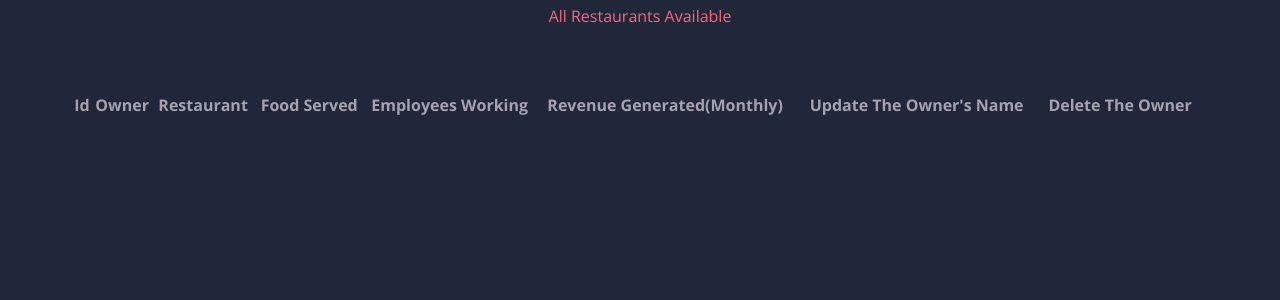
Repository: Kartik-DEV31/CTS-Training-NOVDEC-2020-Project
Page: http://localhost/RestaurantChainManagmentApplication/WEB-INF/jspPages/allRestaurantsData.jsp
An editor plug-in stored every save of this project. The page is shown before and after the next save, followed by the edit.
The browser window is 1280 px wide. The pictures show the whole page.
The page is served by Tomcat 9. Nobody is signed in. Other server files are loaded and not shown. The template is opened directly, without the code that normally fills it, so the values that code supplies are empty.

Above is the page before, as saved 2020-12-17 08:11:03.

### CTS-NOV2020-TrainingProject/RestaurantChainManagmentApplication/src/main/webapp/WEB-INF/jspPages/allRestaurantsData.jsp
<%@ page language="java" contentType="text/html; charset=ISO-8859-1"
	pageEncoding="ISO-8859-1"%>
<%@ taglib uri="http://java.sun.com/jsp/jstl/core" prefix="c"%>

<link href="<c:url value="/css/style.css" />" rel="stylesheet">

<html>
<body>
<form  id="homepage" action="/managmentApplication/">
  <button class="homeButton" type="submit" >Home</button>
</form>
	<h2>All Restaurants Available</h2>

	<table class="container">
		<thead>
			<tr>
				<th>Id</th>
				<th>Owner</th>
				<th>Restaurant</th>
				<th>Food Served</th>
				<th>Employees Working</th>
				<th>Revenue Generated(Monthly)</th>
				<th>Update The Owner's Name</th>
				<th>Delete The Owner</th>
			</tr>
		</thead>
		<tbody>
			<tr>
				<c:forEach var="data" items="${data}" varStatus="status">
					<tr>
						<td>${data.id}</td>
						<td>${data.restaurantOwner}</td>
						<td><c:forEach var="data2"
								items="${data.specificRestaurantDetails}" varStatus="status">

						${data2.restaurantName}<br>
								<br>

							</c:forEach></td>


						<td><c:forEach var="data2"
								items="${data.specificRestaurantDetails}" varStatus="status">

						${data2.restaurantType}<br>
								<br>

							</c:forEach></td>

						<td><c:forEach var="data2"
								items="${data.specificRestaurantDetails}" varStatus="status">

						${data2.employeeCount}<br>
								<br>

							</c:forEach></td>


						<td><c:forEach var="data2"
								items="${data.specificRestaurantDetails}" varStatus="status">

						${data2.revenue}<br>
								<br>

							</c:forEach></td>

						<td>
							<form action="updateOwnerName" method="post">
								<input type="text" name="ownerName"
									placeholder="Enter New Owner Name..." /> <input type="hidden"
									name="oldOwnerName" value="${data.restaurantOwner}" /> <input
									type="hidden" name="id" value="${data.id}" /> <input
									type="submit" value="Update" />

							</form>
						</td>

						<td>
							<form action="deleteOwner" method="post">
								<input type="submit" name="delete_user" value="Delete" /> <input
									type="hidden" name="user" value="${data.id}" />
							</form>
						</td>



					</tr>
				</c:forEach>





			</tr>
		</tbody>
	</table>
</body>
</html>

### CTS-NOV2020-TrainingProject/RestaurantChainManagmentApplication/src/main/resources/static/css/style.css
@charset "ISO-8859-1";

@import url(https://fonts.googleapis.com/css?family=Open+Sans:300,400,700);

body {
  font-family: 'Open Sans', sans-serif;
  font-weight: 300;
  line-height: 1.42em;
  color:#A7A1AE;
  background-color:#1F2739;
}

h1 {
  font-size:3em;
  font-weight: 300;
  line-height:1em;
  text-align: center;
  color: #4DC3FA;
}

h2 {
  font-size:1em;
  font-weight: 300;
  text-align: center;
  display: block;
  line-height:1em;
  padding-bottom: 2em;
  color: #FB667A;
}

h2 a {
  font-weight: 700;
  text-transform: uppercase;
  color: #FB667A;
  text-decoration: none;
}


#homepage{

	margin-top:-50px;
position: fixed;
right: 3%;




}



.homeButton{
   width:100%;
   padding:10px;
color: white;
background: olive;
    border-radius:10px;
     outline: 0;
    border: 0;
     display: block;

}











.blue { color: #185875; }
.yellow { color: #FFF842; }

.container th h1 {
	  font-weight: bold;
	  font-size: 1em;
  text-align: left;
  color: #185875;
}


.container td {
	  font-weight: normal;
	  font-size: 1em;
  -webkit-box-shadow: 0 2px 2px -2px #0E1119;
	   -moz-box-shadow: 0 2px 2px -2px #0E1119;
	        box-shadow: 0 2px 2px -2px #0E1119;
}

.container {
	  text-align: left;
	  overflow: hidden;
	  width: 90%;
	  margin: 0 auto;
  display: table;
  padding: 0 0 8em 0;
}

.container td, .container th {
	  padding-bottom: 2%;
	  padding-top: 2%;
  padding-left:-1%;
}

/* Background-color of the odd rows */
.container tr:nth-child(odd) {
	  background-color: #323C50;
}

/* Background-color of the even rows */
.container tr:nth-child(even) {
	  background-color: #2C3446;
}

.container th {
	  background-color: #1F2739;
}

.container td:first-child { color: #FB667A; }

.container tr:hover {
   background-color: #464A52;
-webkit-box-shadow: 0 6px 6px -6px #0E1119;
	   -moz-box-shadow: 0 6px 6px -6px #0E1119;
	        box-shadow: 0 6px 6px -6px #0E1119;
}

.container td:hover {
  background-color: #FFF842;
  color: #403E10;
  font-weight: bold;

  box-shadow: #7F7C21 -1px 1px, #7F7C21 -2px 2px, #7F7C21 -3px 3px, #7F7C21 -4px 4px, #7F7C21 -5px 5px, #7F7C21 -6px 6px;
  transform: translate3d(6px, -6px, 0);

  transition-delay: 0s;
	  transition-duration: 0.4s;
	  transition-property: all;
  transition-timing-function: line;
}







@media (max-width: 800px) {
.container td:nth-child(4),
.container th:nth-child(4) { display: none; }
}

After the next save:
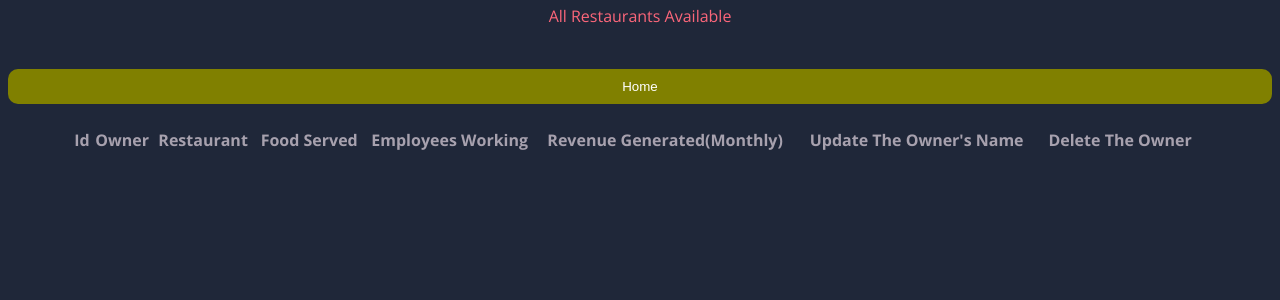
Saved 2 min 50 s later.
--- a/CTS-NOV2020-TrainingProject/RestaurantChainManagmentApplication/src/main/webapp/WEB-INF/jspPages/allRestaurantsData.jsp
+++ b/CTS-NOV2020-TrainingProject/RestaurantChainManagmentApplication/src/main/webapp/WEB-INF/jspPages/allRestaurantsData.jsp
@@ -6,12 +6,13 @@
 
 <html>
 <body>
-<form  id="homepage" action="/managmentApplication/">
-  <button class="homeButton" type="submit" >Home</button>
-</form>
+
 	<h2>All Restaurants Available</h2>
 
 	<table class="container">
+	<form  id="homepage" action="/managmentApplication/">
+  <button class="homeButton" type="submit" >Home</button>
+</form>
 		<thead>
 			<tr>
 				<th>Id</th>
